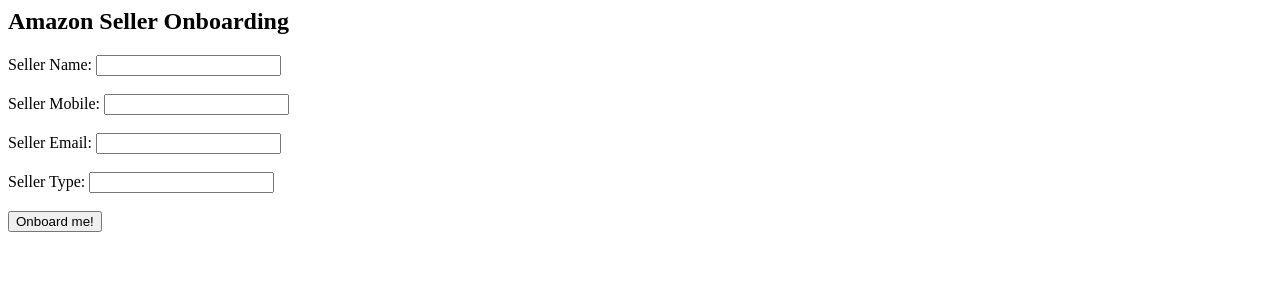
Repository: munnaksah/spring-framework-core
Page: http://localhost/Amazon-Reseller-Onboarding/
These files come from the project's save history. The page is drawn as it stood at one moment and after the next save; the edit follows.
The browser window is 1280 px wide. The pictures show the whole page.
The page is served by Tomcat 9.

Above is the page before, as saved 2026-04-03 10:15:48.

After the next save:
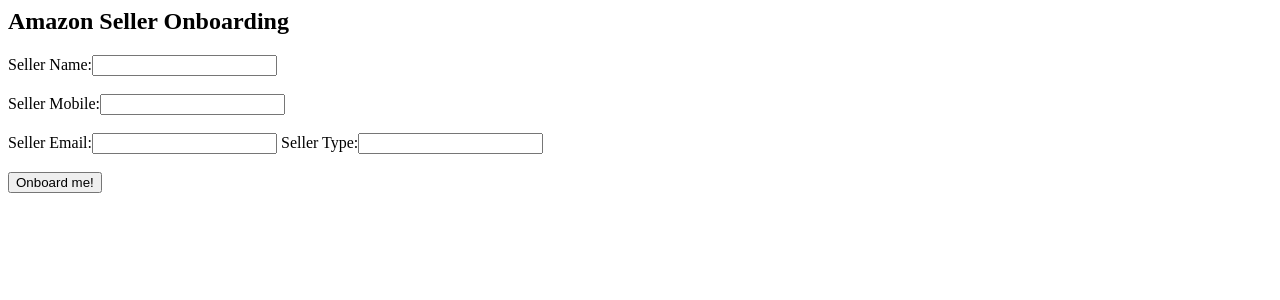
Saved 11 min 26 s later.
--- a/Amazon-Reseller-Onboarding/src/main/webapp/index.jsp
+++ b/Amazon-Reseller-Onboarding/src/main/webapp/index.jsp
@@ -4,19 +4,15 @@
 
 	<form action="onboarding"></form>
 
-	Seller Name:
-	<input type="text" name="sellerName">
-	<br>
-	<br> Seller Mobile:
-	<input type="text" name="sellerMobile">
-	<br>
-	<br> Seller Email:
-	<input type="text" name="sellerEmail">
-	<br>
-	<br> Seller Type:
-	<input type="text" name="sellerType">
-	<br>
-	<br>
+
+	Seller Name:<input type="text" name="sellerName"><br><br>
+
+	 Seller Mobile:<input type="text" name="sellerMobile"><br><br>
+
+	 Seller Email:<input type="text" name="sellerEmail">
+
+	 Seller Type:<input type="text" name="sellerType"><br><br>
+
 	<input type="submit" value="Onboard me!">
 
 	</form>
